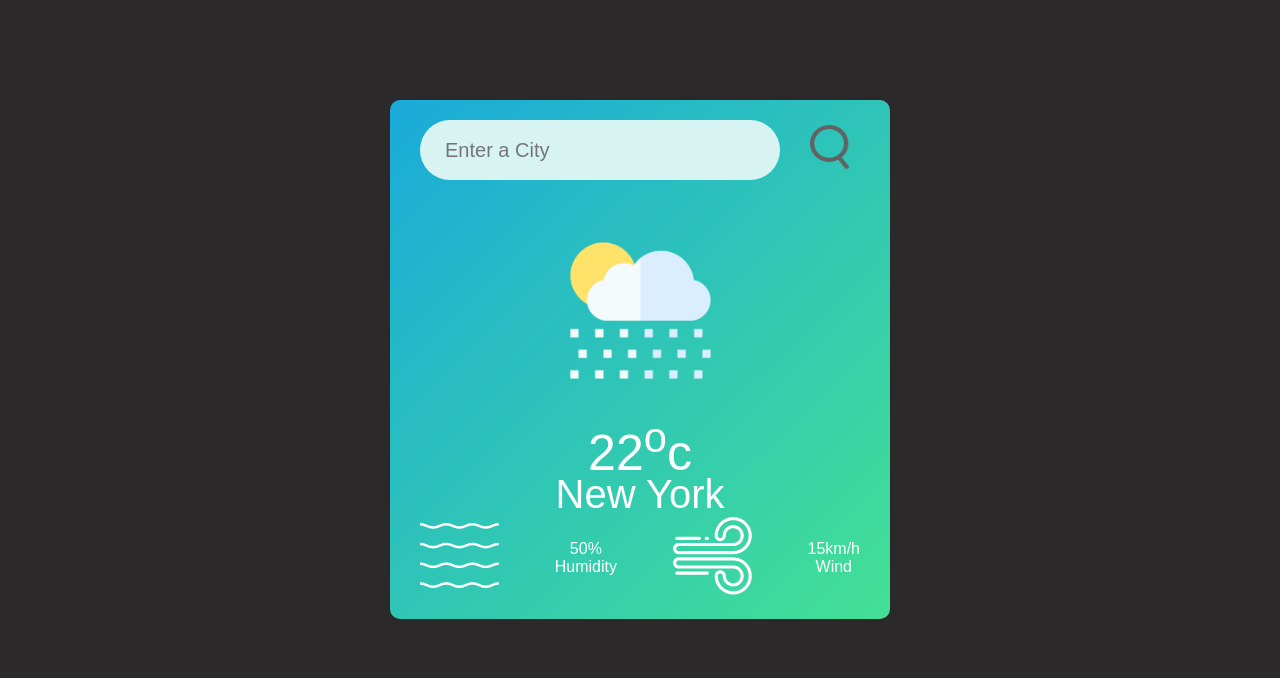
Repository: Haakim19/weatherApp
Page: index.html
These files come from the project's save history. The page is drawn as it stood at one moment and after the next save; the edit follows.
The browser window is 1280 px wide. The pictures show the whole page.

Above is the page before, as saved 2024-11-16 21:41:41.

After the next save:
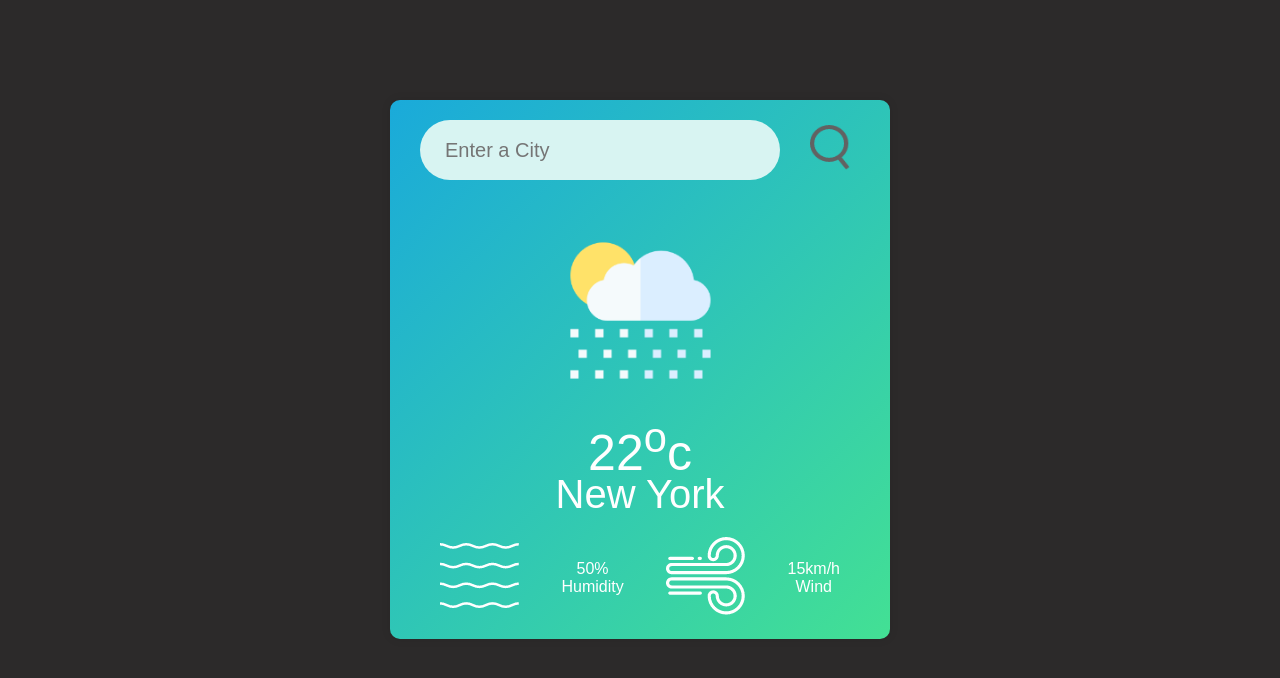
Saved 28 s later.
--- a/style.css
+++ b/style.css
@@ -69,4 +69,6 @@ body{
     display: flex;
     align-items: center;
     justify-content: space-between;
+    padding: 0 20px;
+    margin-top: 20px;
 }
